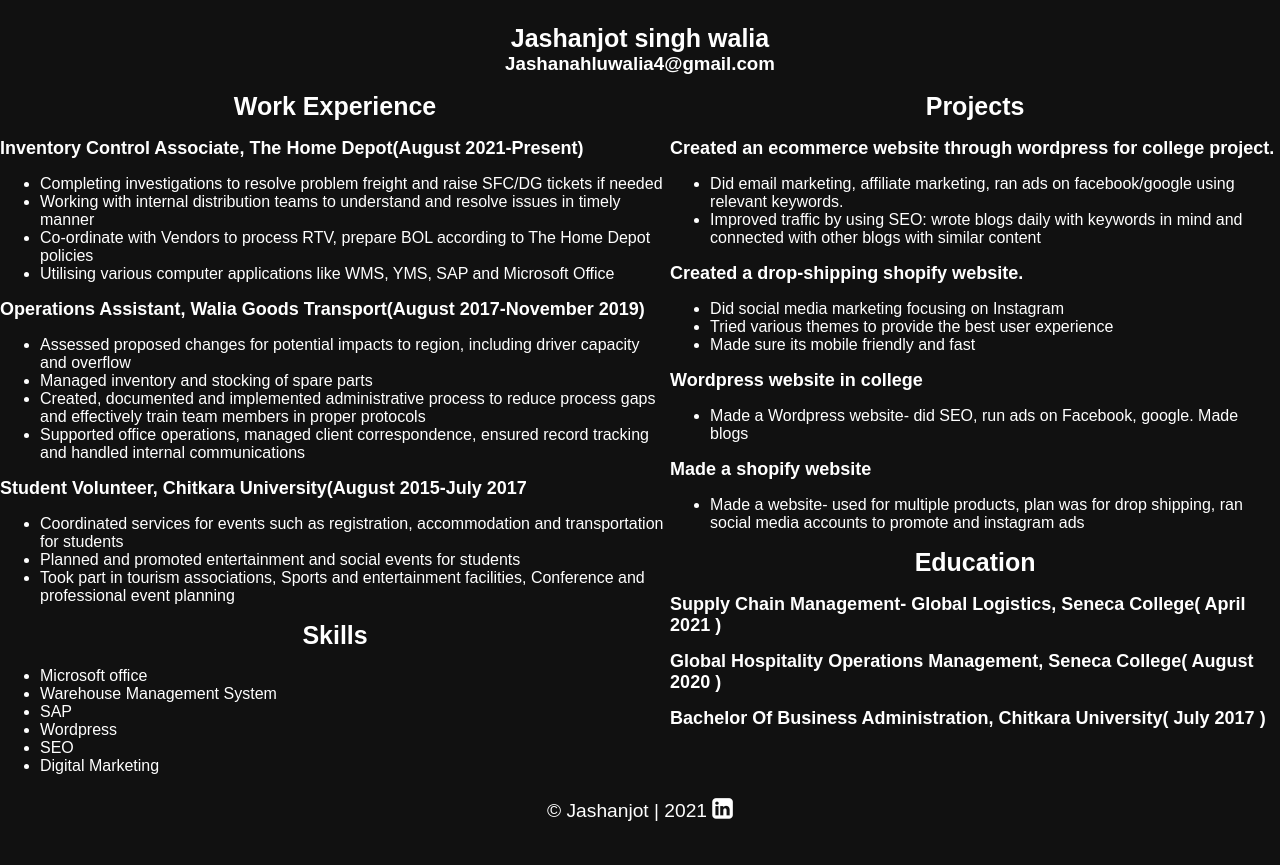
Repository: jashn13/portfolio
Page: index.html
An editor plug-in stored every save of this project. The page is shown before and after the next save, followed by the edit.
The browser window is 1280 px wide. The pictures show the whole page.

Above is the page before, as saved 2021-11-13 08:59:05.

### index.html
<!DOCTYPE html>
<html>
  <head>
    <link
      rel="stylesheet"
      href="https://cdnjs.cloudflare.com/ajax/libs/font-awesome/4.7.0/css/font-awesome.min.css"
    />
    <style>
      .heading {
        margin: auto;
        text-align: center;
      }
      h1 {
        text-align: center;
        font-size: 25px;
      }
      h2 {
        text-align: left;
        font-size: 18px;
      }

      body {
        margin: 24px 0px;
        font-family: Arial;
        color: white;
        background-color: #111;
      }
      a {
        color: inherit;
      }

      .centered {
        position: absolute;
        top: 50%;
        left: 50%;
        transform: translate(-50%, -50%);
        text-align: center;
      }
      footer {
        position: relative;

        height: 50px;
        width: 100%;
      }

      p.copyright {
        position: absolute;
        width: 100%;
        color: #fff;
        font-size: 1.2em;
        text-align: center;
        bottom: 0;
      }
    </style>
  </head>
  <body>
    <h1 class="heading">Jashanjot singh walia</h1>
    <h3 class="heading">Jashanahluwalia4@gmail.com</h3>
    <div style="display: flex;">
      <div class="split left">
        <h1>Work Experience</h1>
        <h2>
          Inventory Control Associate, The Home Depot(August 2021-Present)
        </h2>
        <ul>
          <li>
            Completing investigations to resolve problem freight and raise
            SFC/DG tickets if needed
          </li>
          <li>
            Working with internal distribution teams to understand and resolve
            issues in timely manner
          </li>
          <li>
            Co-ordinate with Vendors to process RTV, prepare BOL according to
            The Home Depot policies
          </li>
          <li>
            Utilising various computer applications like WMS, YMS, SAP and
            Microsoft Office
          </li>
        </ul>
        <h2>
          Operations Assistant, Walia Goods Transport(August 2017-November 2019)
        </h2>
        <ul>
          <li>
            Assessed proposed changes for potential impacts to region, including
            driver capacity and overflow
          </li>
          <li>Managed inventory and stocking of spare parts</li>
          <li>
            Created, documented and implemented administrative process to reduce
            process gaps and effectively train team members in proper protocols
          </li>
          <li>
            Supported office operations, managed client correspondence, ensured
            record tracking and handled internal communications
          </li>
        </ul>

        <h2>Student Volunteer, Chitkara University(August 2015-July 2017</h2>
        <ul>
          <li>
            Coordinated services for events such as registration, accommodation
            and transportation for students
          </li>
          <li>
            Planned and promoted entertainment and social events for students
          </li>
          <li>
            Took part in tourism associations, Sports and entertainment
            facilities, Conference and professional event planning
          </li>
        </ul>
        <h1>Skills</h1>
        <ul>
          <li>Microsoft office</li>
          <li>Warehouse Management System</li>
          <li>SAP</li>
          <li>Wordpress</li>
          <li>SEO</li>
          <li>Digital Marketing</li>
        </ul>
      </div>

      <div class="split right">
        <h1>Projects</h1>
        <h2>
          Created an ecommerce website through wordpress for college project.
        </h2>
        <ul>
          <li>
            Did email marketing, affiliate marketing, ran ads on facebook/google
            using relevant keywords.
          </li>
          <li>
            Improved traffic by using SEO: wrote blogs daily with keywords in
            mind and connected with other blogs with similar content
          </li>
        </ul>

        <h2>Created a drop-shipping shopify website.</h2>
        <ul>
          <li>Did social media marketing focusing on Instagram</li>
          <li>Tried various themes to provide the best user experience</li>
          <li>Made sure its mobile friendly and fast</li>
        </ul>
        <h2>Wordpress website in college</h2>

        <ul>
          <li>
            Made a Wordpress website- did SEO, run ads on Facebook, google. Made
            blogs
          </li>
        </ul>
        <h2>Made a shopify website</h2>
        <ul>
          <li>
            Made a website- used for multiple products, plan was for drop
            shipping, ran social media accounts to promote and instagram ads
          </li>
        </ul>
        <h1>Education</h1>
        <h2>
          Supply Chain Management- Global Logistics, Seneca College( April 2021
          )
        </h2>
        <h2>
          Global Hospitality Operations Management, Seneca College( August 2020
          )
        </h2>
        <h2>
          Bachelor Of Business Administration, Chitkara University( July 2017 )
        </h2>
      </div>
    </div>
    <footer>
      <p class="copyright">
        © Jashanjot | 2021
        <a href="https://linkedin.com/in/jashanjot-singh-walia" target="_blank"
          ><i
            class="fa fa-linkedin-square"
            style="font-size:24px;cursor: icon;"
          ></i
        ></a>
      </p>
    </footer>
  </body>
</html>

After the next save:
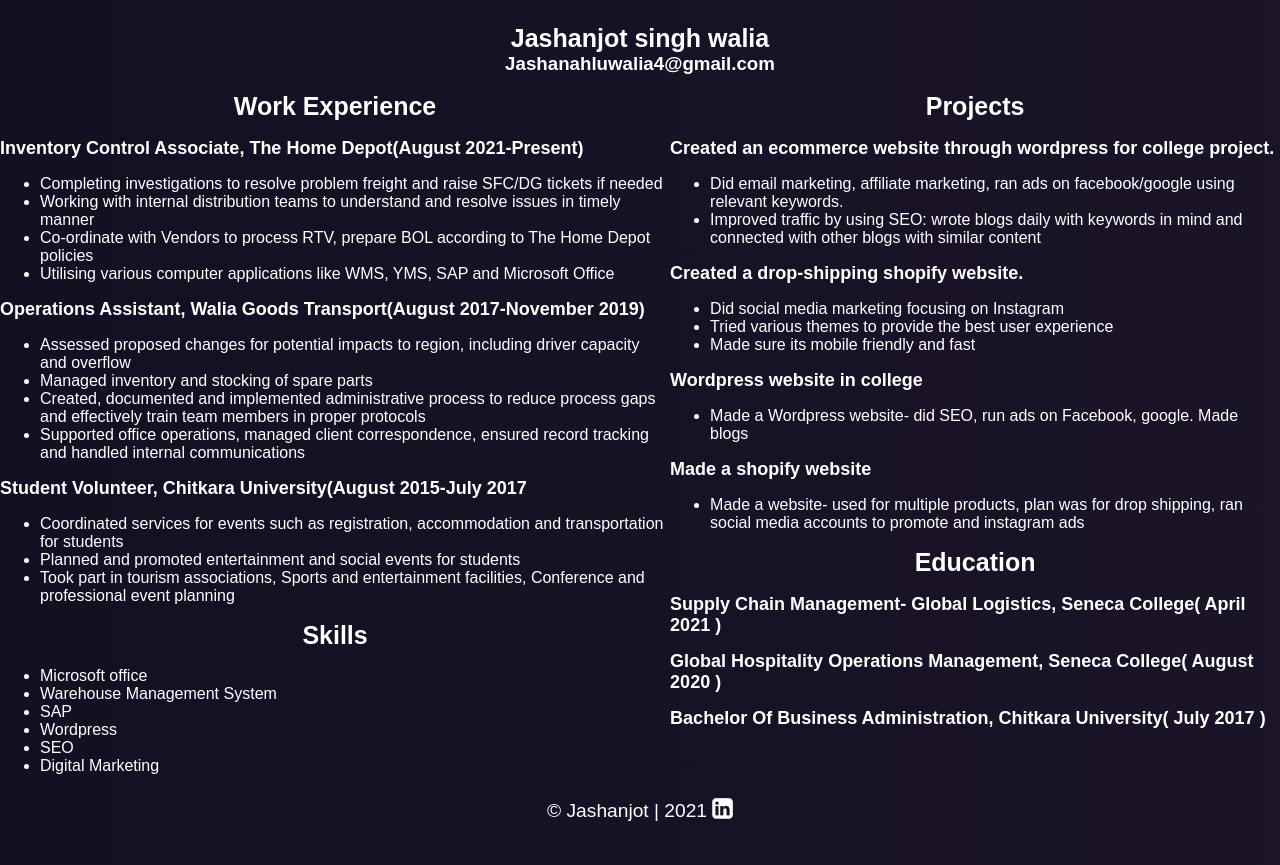
Saved 82 s later.
--- a/index.html
+++ b/index.html
@@ -23,7 +23,13 @@
         margin: 24px 0px;
         font-family: Arial;
         color: white;
-        background-color: #111;
+        -webkit-font-smoothing: antialiased;
+        -moz-osx-font-smoothing: grayscale;
+        background-image: linear-gradient(
+          to left,
+          rgb(27 20 41),
+          rgb(20 15 35)
+        );
       }
       a {
         color: inherit;
